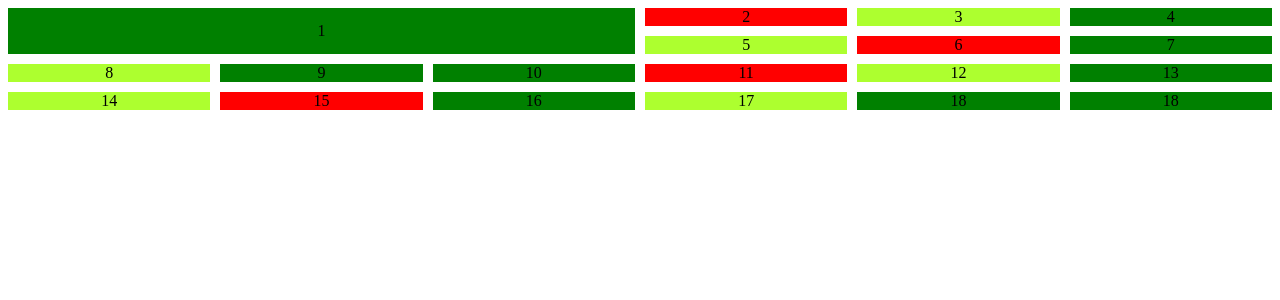
Repository: motiejus1/09-paskaita-05.31
Page: index.html
An editor plug-in stored every save of this project. The page is shown before and after the next save, followed by the edit.
The browser window is 1280 px wide. The pictures show the whole page.

Above is the page before, as saved 2021-06-15 19:48:10.

### index.html
<!DOCTYPE html>
<html lang="en">
<head>
    <meta charset="UTF-8">
    <meta http-equiv="X-UA-Compatible" content="IE=edge">
    <meta name="viewport" content="width=device-width, initial-scale=1.0">
    <title>9 paskaita</title>
    <style>
        .grid-container {
            display: grid;
            grid-template-columns: auto auto auto auto auto auto;
            grid-column-gap: 10px ;
            grid-row-gap: 10px ;
        }

        .zalia {
            background-color: green;
        }

        .raudona {
            background-color: red;
        }

        .geltona {
            background: greenyellow;
        }

        .grid-item-1 {
            /* grid-column-start: 1 ;
            grid-column-end: 3 ; */

            grid-column: 1 / span 3;

            grid-row: 1 / 3;
        }

        /* .grid-item-2 {
            grid-column-start: 1 ;
            grid-column-end: 3 ;
            grid-row-start: 3;
            grid-row-end: 25 ;
        } */

        .grid-item {
            display:grid;
            justify-content: center;
            align-items: center;
        }
        .flex-container {
            display:flex;
            justify-content: center;
            align-items: center;
        }
    </style>
</head>
<body>
    <div class="grid-container">
        <div class="grid-item grid-item-1 zalia">
            1
        </div>
        <div class="grid-item grid-item-2 raudona">
            2
        </div>
        <div class="grid-item grid-item-3 geltona">3</div>
        <div class="grid-item grid-item-4 zalia">4</div>
        <div class="grid-item geltona">5</div>
        <div class="grid-item raudona">6</div>
        <div class="grid-item zalia">7</div>
        <div class="grid-item geltona">8</div>
        <div class="grid-item zalia">9</div>
        <div class="grid-item zalia">10</div>
        <div class="grid-item raudona">11</div>
        <div class="grid-item geltona">12</div>
        <div class="grid-item zalia">13</div>
        <div class="grid-item geltona">14</div>
        <div class="grid-item raudona">15</div>
        <div class="grid-item zalia">16</div>
        <div class="grid-item geltona">17</div>
        <div class="grid-item zalia">18</div>
        <div class="flex-container zalia">18</div>
    </div>

</body>
</html>

After the next save:
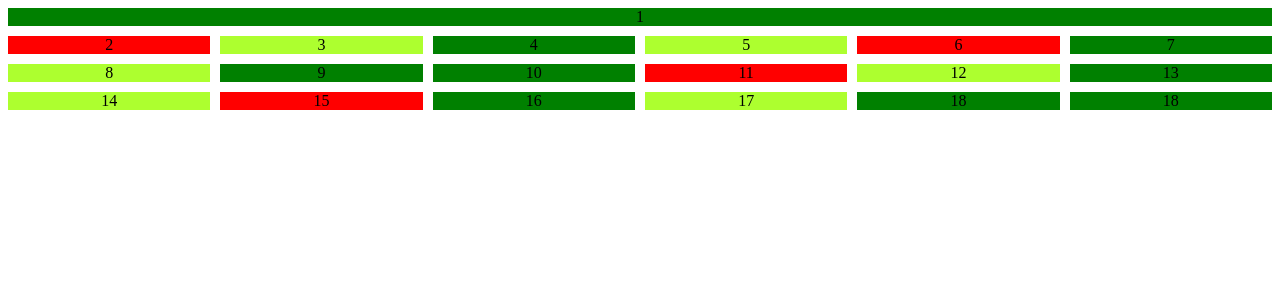
Saved 57 s later.
--- a/index.html
+++ b/index.html
@@ -29,7 +29,7 @@
             /* grid-column-start: 1 ;
             grid-column-end: 3 ; */
 
-            grid-column: 1 / span 3;
+            grid-column: 1 / span 6;
 
             grid-row: 1 / 3;
         }
